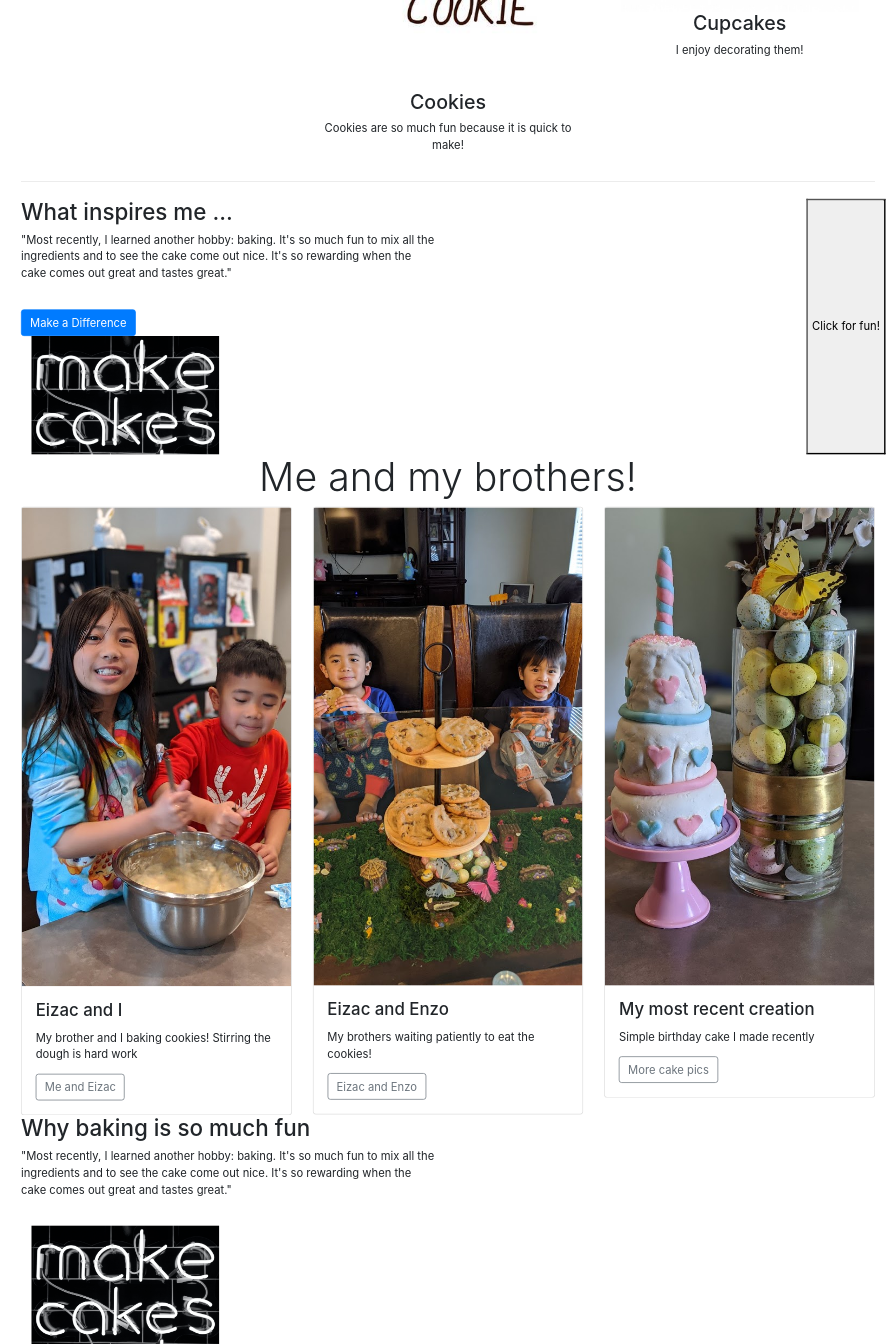
Repository: djzaragoza/Bea-Creation
Page: index.html
The author's editor kept a copy of each file at every save. The page is drawn from the files as they stood at one save, then again after the next save.
The browser window is 1280 px wide. The pictures show the part of the page from y = 2910 to 4830 px (the page is 4830 px tall before and 4750 px after), at 70% of full size.
Some web libraries are served in a nearby version.

Above is the page before, as saved 2020-04-07 22:17:31.

After the next save:
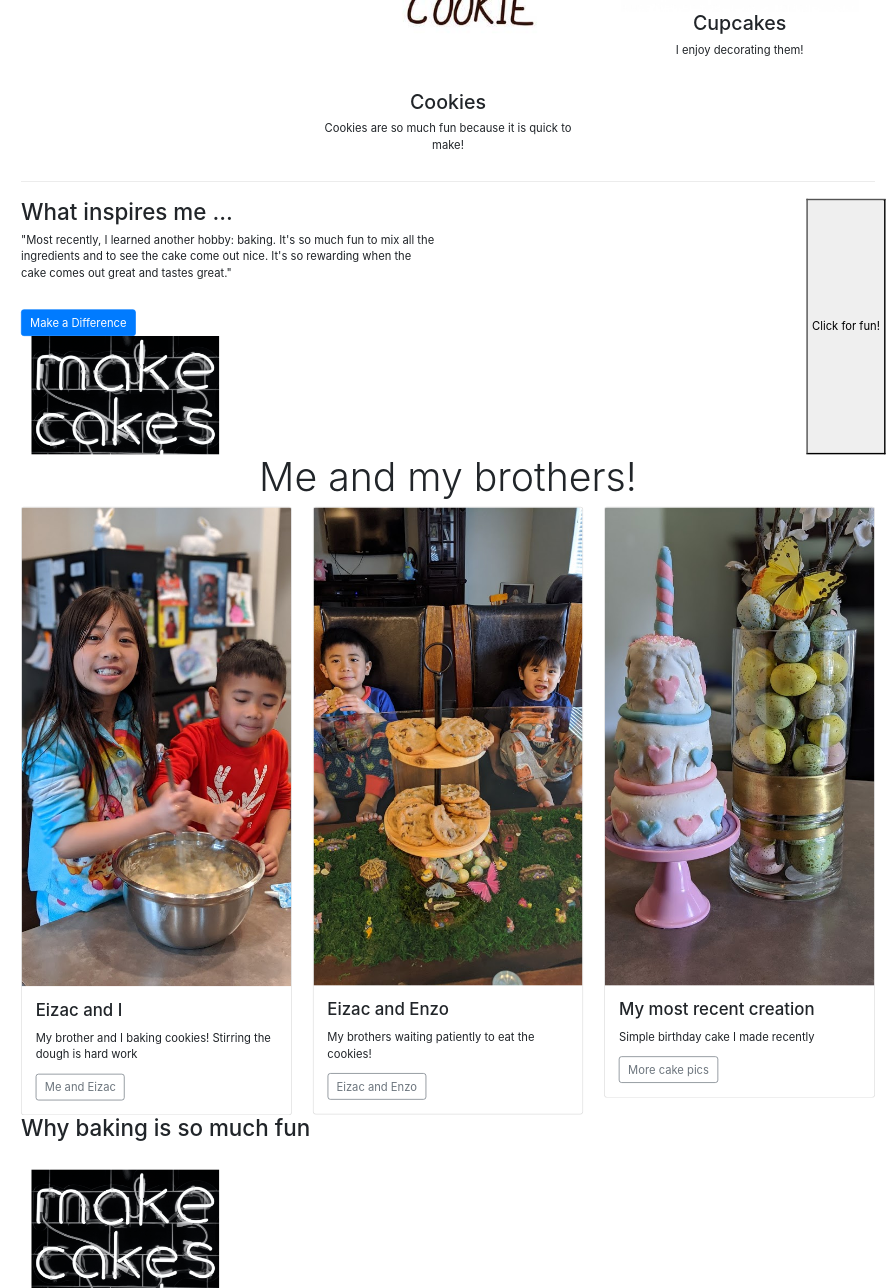
Saved 20 s later.
--- a/index.html
+++ b/index.html
@@ -222,7 +222,7 @@
     <div class="row padding">
         <div class="col-md-12 col-lg-6">
             <h2>Why baking is so much fun</h2>
-            <p>"Most recently, I learned another hobby: baking.  It's so much fun to mix all the ingredients and to see the cake come out nice.  It's so rewarding when the cake comes out great and tastes great."
+            <p>
             </p>
             <br>
         <div>
